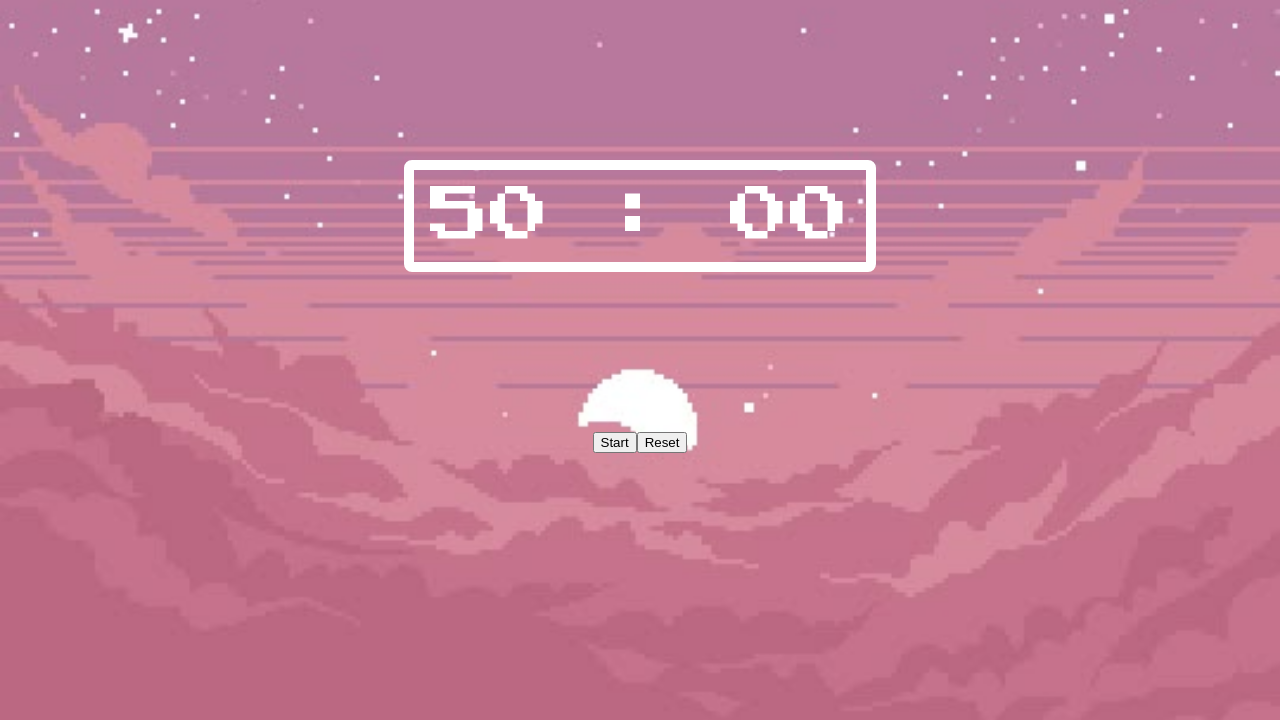
Repository: niharikapatil2306/Study-Timer
Page: index.html
The author's editor kept a copy of each file at every save. The page is drawn from the files as they stood at one save, then again after the next save.
The browser window is 1280 px wide. The pictures show the whole page.

Above is the page before, as saved 2025-02-15 15:39:44.

### index.html
<!DOCTYPE html>
<html lang="en">
<head>
    <meta charset="UTF-8">
    <meta name="viewport" content="width=device-width, initial-scale=1.0">
    <title>Study Timer</title>
    <link href="https://fonts.googleapis.com/css2?family=Press+Start+2P&display=swap" rel="stylesheet">
    <link rel="stylesheet" href="style.css" />
</head>
<body style="background-color: black;">
    <div class="container">
        <div class="timer">
            <div class="box">
                <span id="min">
                    50
                </span>
                :
                <span id="sec">
                    00
                </span>
            </div>
        </div>
        <div class="button_container">
            <button id="start">
                Start
            </button>
            <button id="reset">
                Reset
            </button>
        </div>
    </div>
    <script src="./clock.js"></script>
</body>
</html>

### style.css
body {
    margin: 0;
    padding: 0;
    background: url("./img/bg.jpeg") no-repeat center center fixed;
    background-size: cover;
}

.container{
    height: 100vh;
}

.box{
    border: 10px solid white;
    border-radius: 8px;
    padding: 16px;
    box-shadow:
    0px 0px black, 2px 0px black, 4px 0px black, 6px 0px black, 8px 0px black, /* Top border */
    0px 2px black, 8px 2px black,;
}

.timer{
    font-family: 'Press Start 2P', monospace;
    height: 60vh;
    font-size: 60px;
    font-weight: 400;
    color: white;
    display: flex;
    align-items: center;
    justify-content: center;
}

.button_container{
    display: flex;
    align-items: center;
    justify-content: center;
}

/* .timer {

    font-size: 50px;
    color: ivory;
    text-rendering: optimizeSpeed;
}

.box{
    width: max-content ;
    border: 1px solid white;
}

span{
    padding: 4px;
    margin: 8px;
}

.container{
    text-align: center;
    width: 100vw;
    height: 100vh;
    display: flex;
    position: relative; */
    /* flex-direction: column;
    justify-content: center;

} */

### clock.js
let timer;
let timeLeft = 50*60 // 50 minutes
const min = document.getElementById("min");
const sec = document.getElementById("sec");
const startBtn = document.getElementById("start");
const resetBtn = document.getElementById("reset");

function updateDisplay(){
    let minutes = Math.floor(timeLeft/60);
    let seconds = timeLeft%60;
    min.textContent = minutes.toString().padStart(2, "0");
    sec.textContent = seconds.toString().padStart(2, "0");
}

startBtn.addEventListener("click", () => {
    if(!timer){
        timer = setInterval(() => {
            if(timeLeft>0){
                timeLeft--;
                updateDisplay();
            }
            else{
                clearInterval(timer);
                timer = null;
                alert("Take a break!!")
            }
        }, 1000);
    }
});

resetBtn.addEventListener("click", () => {
    clearInterval(timer);
    timer = null;
    timeLeft = 50*60;
    updateDisplay();
});

After the next save:
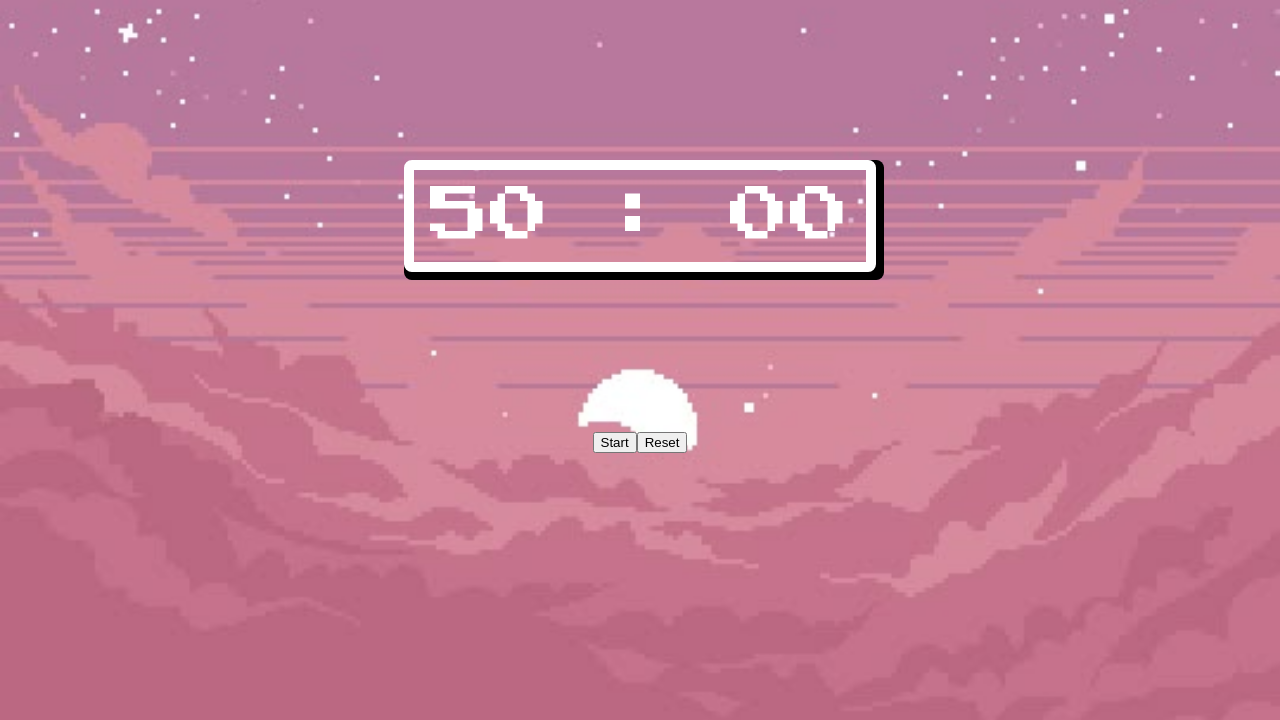
Saved 16 s later.
--- a/style.css
+++ b/style.css
@@ -15,7 +15,10 @@ body {
     padding: 16px;
     box-shadow:
     0px 0px black, 2px 0px black, 4px 0px black, 6px 0px black, 8px 0px black, /* Top border */
-    0px 2px black, 8px 2px black,;
+    0px 2px black, 8px 2px black,
+    0px 4px black, 8px 4px black,
+    0px 6px black, 8px 6px black,
+    0px 8px black, 2px 8px black, 4px 8px black, 6px 8px black, 8px 8px black;;
 }
 
 .timer{
